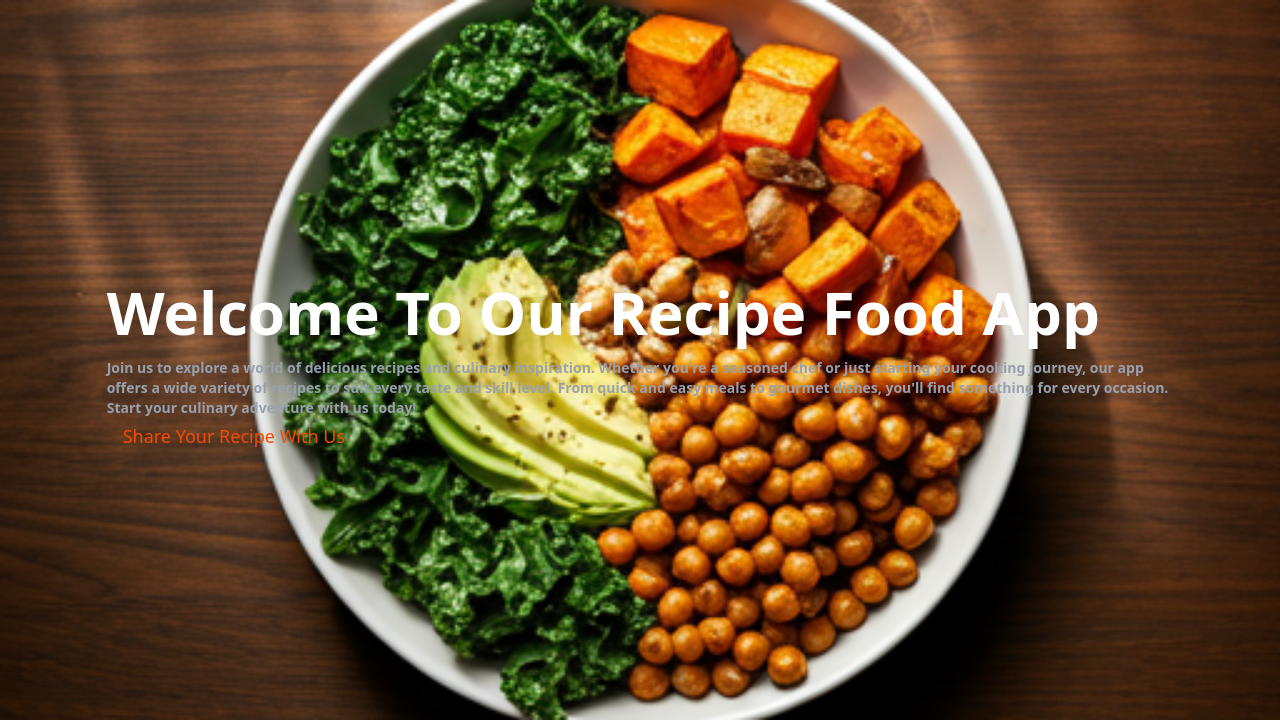
Repository: Eslam0Mohamed/mern-recipe-app
Page: / (app in FrontEnd/)
The author's editor kept a copy of each file at every save. The page is drawn from the files as they stood at one save, then again after the next save.
The browser window is 1280 px wide. The pictures show the whole page.
The project was rebuilt for these pictures with package versions that can differ from the ones it lists, and the page was loaded fresh each time. Also part of the build but not shown: FrontEnd/vite.config.js.

Above is the page before, as saved 2026-05-07 18:11:48.

After the next save:
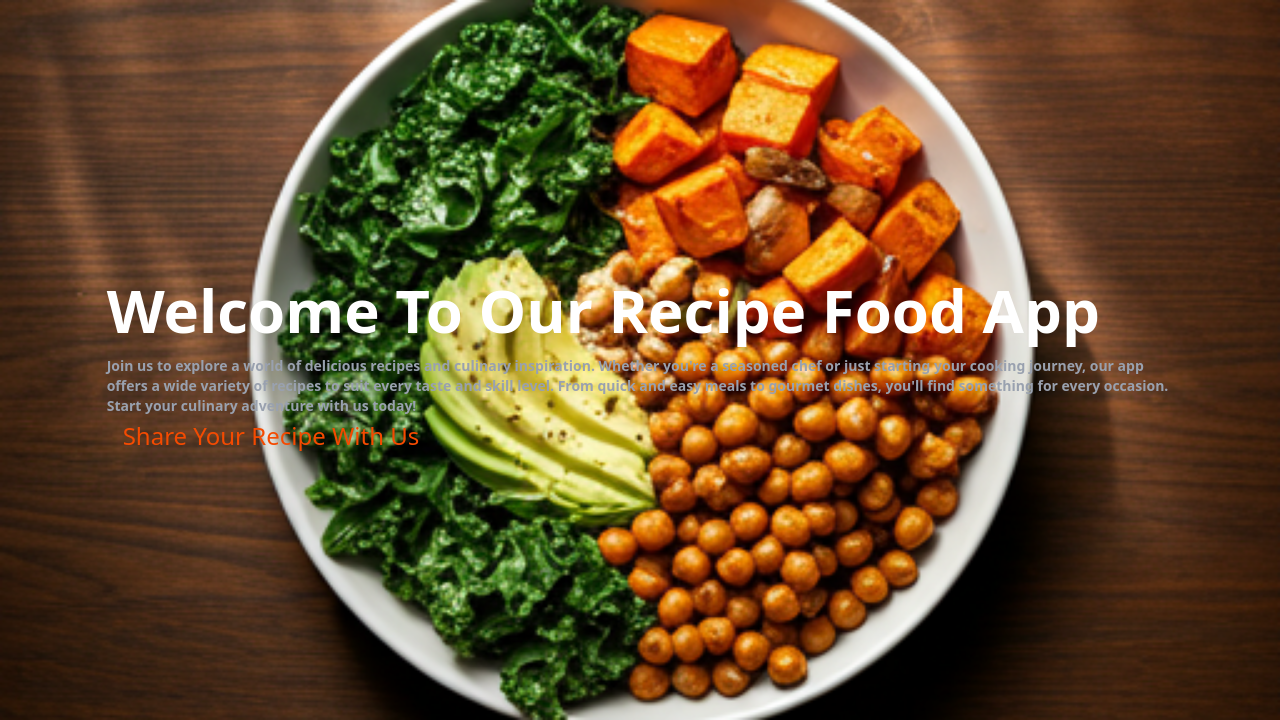
Saved 6 s later.
--- a/FrontEnd/src/pages/Home.jsx
+++ b/FrontEnd/src/pages/Home.jsx
@@ -6,7 +6,7 @@ function Home() {
       <div className='left container' >
         <h1 className='text-white text-6xl font-semibold my-4'>Welcome To Our Recipe Food App</h1>
         <p className='text-md text-gray-400 font-semibold text-sm'> Join us to explore a world of delicious recipes and culinary inspiration. Whether you're a seasoned chef or just starting your cooking journey, our app offers a wide variety of recipes to suit every taste and skill level. From quick and easy meals to gourmet dishes, you'll find something for every occasion. Start your culinary adventure with us today!</p>
-      <button className='outline-none px-4 py-1 text-lg text-orange-600 '>Share Your Recipe With Us</button>
+      <button className='outline-none px-4 py-1 text-2xl text-orange-600 '>Share Your Recipe With Us</button>
       </div>
       {/* <div className='right'>
         <img src={""} alt="share your recipe" />
